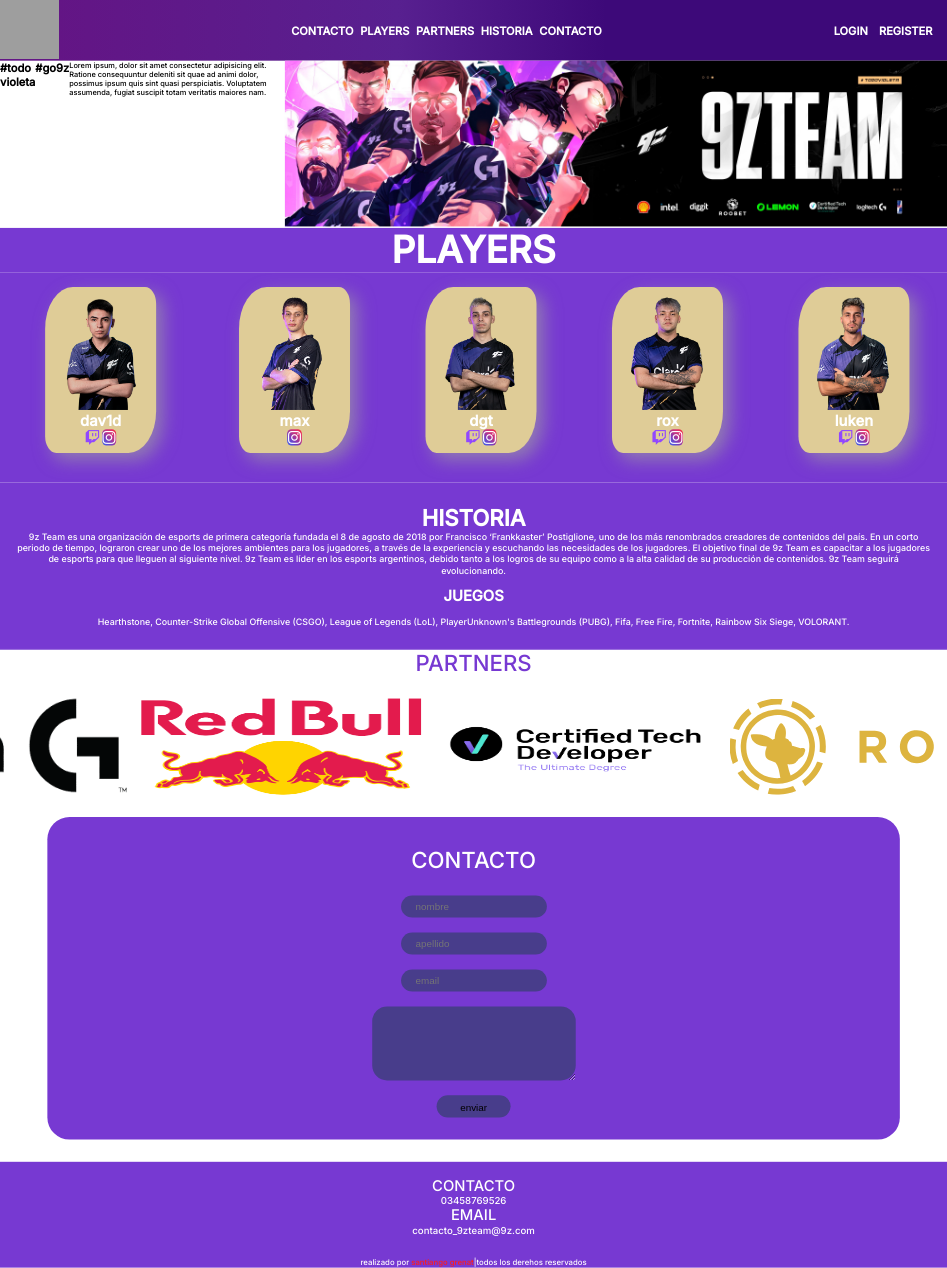
Repository: santig20/trabajo-practico-integrador-nuncba-html-css-
Page: index.html
An editor plug-in stored every save of this project. The page is shown before and after a run of saves, followed by the edit.
The browser window is 1280 px wide. The pictures show the whole page, at 74% of full size.
Pictures or frames that could not be fetched are drawn as grey boxes. Some web libraries are served in a nearby version.

Above is the page before, as saved 2022-06-25 00:24:10.

After the next 3 saves:
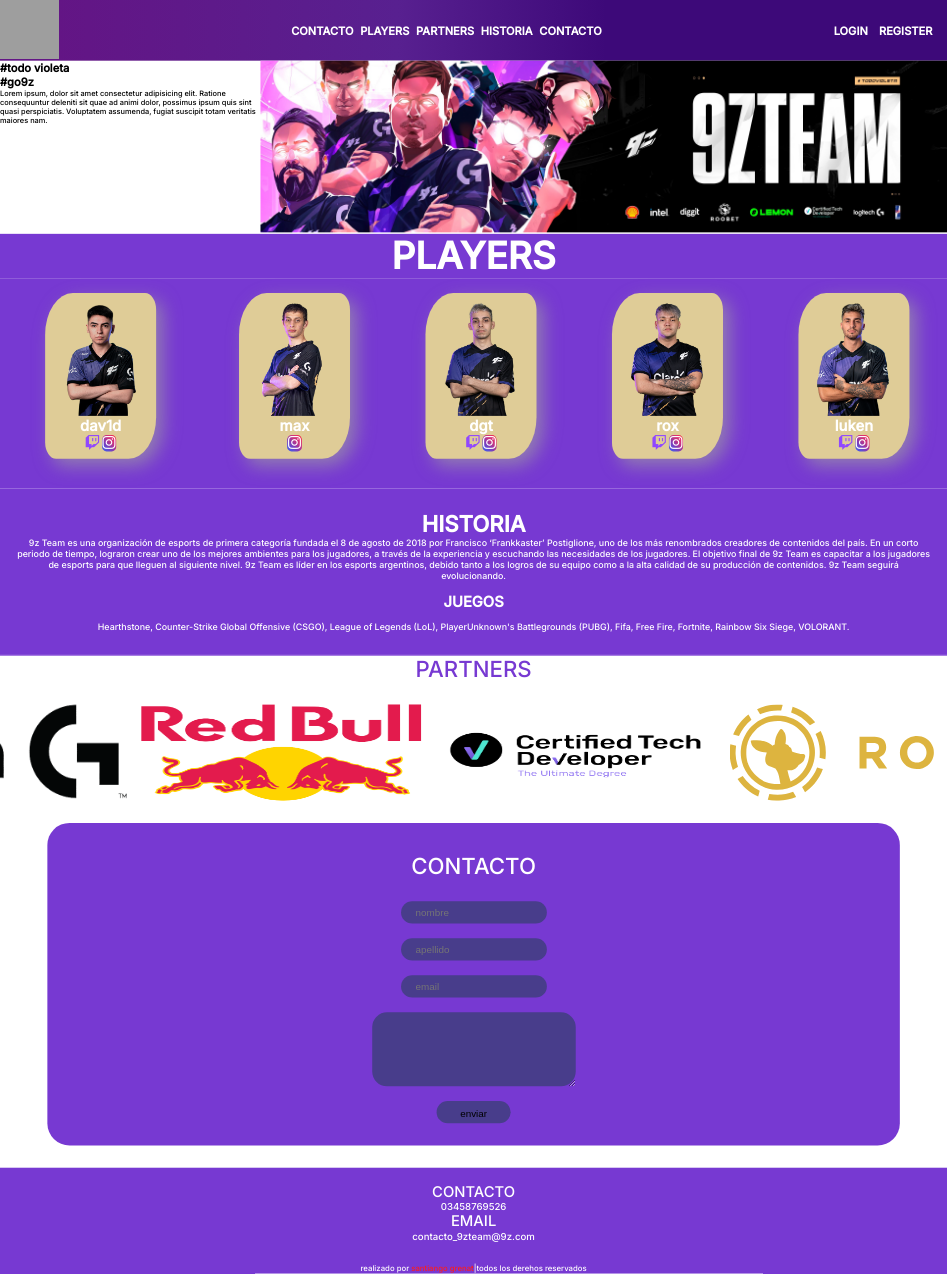
The 3 saves are shown as one change because they came seconds apart.
The last was saved 8 s later.
--- a/desktop.css
+++ b/desktop.css
@@ -16,5 +16,5 @@
     }
     .texto_hero {
         display:flex;
-        justify-content: ;
+       flex-direction: column;
     }
